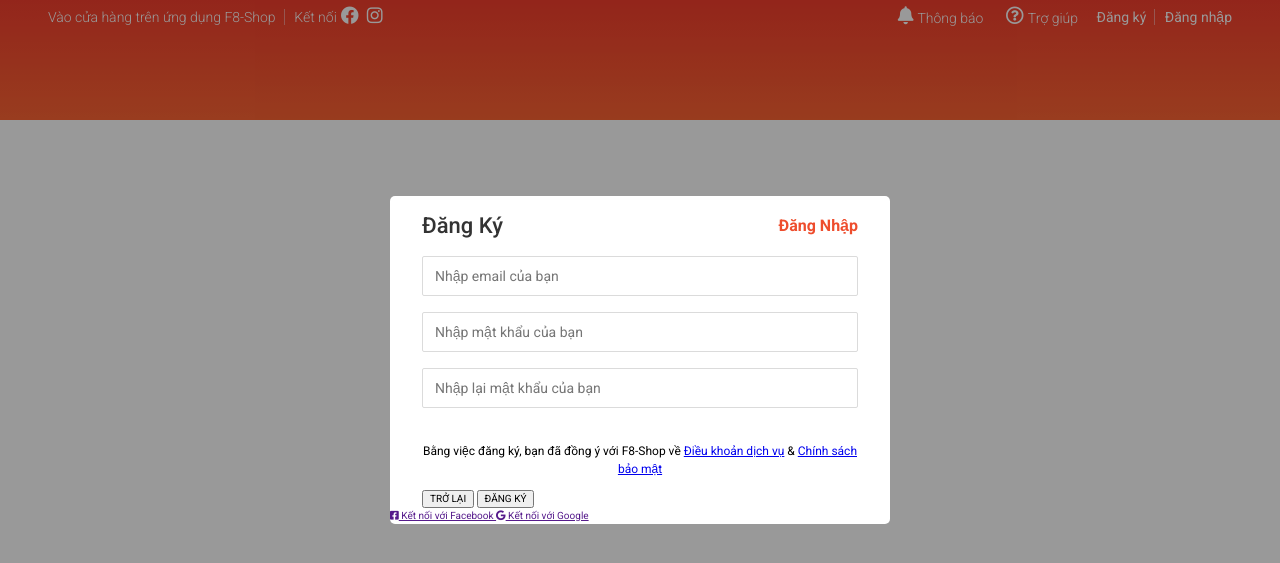
Repository: huynhnhan112/Shopee_Homepage
Page: index.html
The author's editor kept a copy of each file at every save. The page is drawn from the files as they stood at one save, then again after the next save.
The browser window is 1280 px wide. The pictures show the whole page.

Above is the page before, as saved 2021-11-19 14:27:05.

### index.html
<!DOCTYPE html>
<html lang="en">

<head>
    <meta charset="UTF-8">
    <meta http-equiv="X-UA-Compatible" content="IE=edge">
    <meta name="viewport" content="width=device-width, initial-scale=1.0">
    <link rel="stylesheet" href="https://cdnjs.cloudflare.com/ajax/libs/normalize/8.0.1/normalize.min.css"
        integrity="sha512-NhSC1YmyruXifcj/KFRWoC561YpHpc5Jtzgvbuzx5VozKpWvQ+4nXhPdFgmx8xqexRcpAglTj9sIBWINXa8x5w=="
        crossorigin="anonymous" referrerpolicy="no-referrer" />
    <link rel="preconnect" href="https://fonts.googleapis.com">
    <link rel="preconnect" href="https://fonts.gstatic.com" crossorigin>
    <link href="https://fonts.googleapis.com/css2?family=Roboto:wght@100;300;400;500;700&display=swap" rel="stylesheet">
    <link rel="stylesheet" href="./assets/fonts/fontawesome-free-5.15.4/fontawesome-free-5.15.4-web/css/all.min.css">
    <link rel="stylesheet" href="./assets/css/base.css">
    <link rel="stylesheet" href="./assets/css/style.css">
    <title>F8 - Shop</title>
</head>

<body>
    <div class="app">
        <header class="header">
            <div class="grid">
                <nav class="header__navbar">
                    <ul class="header__navbar-list">
                        <li class="header__navbar-item header__navbar-item--qr header__navbar-item--separate">Vào cửa
                            hàng trên ứng dụng F8-Shop
                            <div class="header__qr">
                                <img src="./assets/img/qr_code.png" alt="QR code" class="header__qr-img">
                                <div class="header__qr-apps">
                                    <a href="" class="header__qr-link">
                                        <img src="./assets/img/google_play.png" alt="Google Play"
                                            class="header__qr-download">
                                    </a>
                                    <a href="" class="header__qr-link">
                                        <img src="./assets/img/app_store.png" alt="App Store"
                                            class="header__qr-download">
                                    </a>
                                </div>
                            </div>
                        </li>
                        <li class="header__navbar-item">
                            <span class="header__navbar-title">Kết nối</span>
                            <a href="#" class="header__navbar-icon-link">
                                <i class="header__navbar-icon fab fa-facebook"></i>
                            </a>
                            <a href="#" class="header__navbar-icon-link">
                                <i class="header__navbar-icon fab fa-instagram"></i>
                            </a>
                        </li>
                    </ul>
                    <ul class="header__navbar-list">
                        <li class="header__navbar-item header__navbar-item--show-notify">
                            <a href="#" class="header__navbar-item-link">
                                <i class="header__navbar-icon fas fa-bell"></i>
                                Thông báo
                            </a>
                            <div class="header__notify">
                                <header class="header__notify-header">
                                    <h3>Thông Báo Mới Nhận</h3>
                                </header>
                                <ul class="header__notify-list">
                                    <li class="header__notify-item header__notify-item--viewed">
                                        <a href="" class="header__notify-link">
                                            <img src="https://img.abaha.vn/photos/origin/83-1586781803-myphamohui-lgvina.png"
                                                alt="" class="header__notify-img">
                                            <div class="header__notify-info">
                                                <span class="header__notify-name">Ohui chính thức ra mắt dòng son
                                                    lì mới The First Genture Lipstick</span>
                                                <span class="header__notify-description">Một lần môi căng mềm, quyến
                                                    rũ với sắc màu nổi bật luôn là điều mà các quý cô ao
                                                    ước</span>
                                            </div>
                                        </a>
                                    </li>
                                    <li class="header__notify-item header__notify-item--viewed">
                                        <a href="" class="header__notify-link">
                                            <img src="https://img.abaha.vn/photos/origin/83-1586781803-myphamohui-lgvina.png"
                                                alt="" class="header__notify-img">
                                            <div class="header__notify-info">
                                                <span class="header__notify-name">Xác thực chính hãng nguồn gốc
                                                    các sản phẩm Ohui</span>
                                                <span class="header__notify-description">HiddenTag là xác thực hàng
                                                    chính hãng bằng công nghệ tiên tiến nhất hiện nay</span>
                                            </div>
                                        </a>
                                    </li>
                                    <li class="header__notify-item">
                                        <a href="" class="header__notify-link">
                                            <img src="https://img.abaha.vn/photos/origin/83-1586781803-myphamohui-lgvina.png"
                                                alt="" class="header__notify-img">
                                            <div class="header__notify-info">
                                                <span class="header__notify-name">Sale sốc bộ dưỡng Ohui The First
                                                    tái tạo trả hóa da SALE OFF 70%</span>
                                                <span class="header__notify-description">Giá chỉ còn 375.000(giá
                                                    gốc 1.250.000 vnđ)</span>
                                            </div>
                                        </a>
                                    </li>
                                </ul>
                                <footer class="header__notify-footer">
                                    <a href="" class="header__notify-footer-btn">Xem tất cả</a>
                                </footer>
                            </div>
                        </li>
                        <li class="header__navbar-item">
                            <a href="#" class="header__navbar-item-link">
                                <i class="header__navbar-icon far fa-question-circle"></i>
                                Trợ giúp
                            </a>
                        </li>
                        <li class="header__navbar-item header__navbar-item--strong header__navbar-item--separate">Đăng
                            ký</li>
                        <li class="header__navbar-item header__navbar-item--strong">Đăng nhập</li>
                    </ul>
                </nav>
            </div>
        </header>

        <div class="container">

        </div>

        <footer class="footer">

        </footer>
    </div>

    <!-- Modal Layout -->
    <div class="modal">
        <div class="modal__overclay"></div>
        <div class="modal__body">

            <!-- Authen form -->
            <div class="auth-form">
                <div class="auth-form__container">
                    <div class="auth-form__header">
                        <h3 class="auth-form__heading">Đăng Ký</h3>
                        <span class="auth-form__switch-btn">Đăng Nhập</span>
                    </div>
                    <div class="auth-form__form">
                        <div class="auth-form__group">
                            <input type="text" class="auth-form__input" placeholder="Nhập email của bạn">
                        </div>
                        <div class="auth-form__group">
                            <input type="text" class="auth-form__input" placeholder="Nhập mật khẩu của bạn">
                        </div>
                        <div class="auth-form__group">
                            <input type="text" class="auth-form__input" placeholder="Nhập lại mật khẩu của bạn">
                        </div>
                    </div>
                    <div class="auth-form__aside">
                        <p>Bằng việc đăng ký, bạn đã đồng ý với F8-Shop về <a href="#">Điều khoản dịch
                                vụ</a> & <a href="#">Chính sách bảo mật</a></p>
                    </div>
                    <div class="auth-form__controls">
                        <button class="btn">TRỞ LẠI</button>
                        <button class="btn btn--primary">ĐĂNG KÝ</button>
                    </div>
                </div>
                <div class="auth-form__socials">
                    <a href="" class="btn btn--with--icon">
                        <i class="fab fa-facebook-square"></i>
                        Kết nối với Facebook
                    </a>
                    <a href="" class="btn btn--with--icon">
                        <i class="fab fa-google"></i>
                        Kết nối với Google
                    </a>
                </div>
            </div>
        </div>
    </div>
</body>

</html>

### assets/css/base.css
:root{
    --white-color: #fff;
    --black-color: #000;
    --text-color: #333;
    --primary-color: #ee4d2d;
    --border-color: #dbdbdb;
}

*{
    box-sizing: inherit;
}

html{
    font-size: 62.5%;
    line-height: 1.6rem;
    font-family: 'Roboto', sans-serif;
    box-sizing: border-box;
}

.grid{
    width: 1200px;
    max-width: 100%;
    margin: 0 auto;
}

.grid__full_width{
    width: 100%;
}

.gid__row{
    display: flex;
    flex-wrap: wrap;
}

@keyframes fadeIn {
    from{
        opacity: 0;
    }
    to{
        opacity: 1;
    }
}

/* Modal */
.modal{
    position: fixed;
    top: 0;
    left: 0;
    right: 0;
    bottom: 0;
    display: flex;
}

.modal__overclay{
    position: absolute;
    width: 100%;
    height: 100%;
    background-color: rgba(0,0,0,0.4);
}

.modal__body{
    position: relative;
    background-color: var(--white-color);
    margin: auto;
    z-index: 1;
    border-radius: 5px;
}

### assets/css/style.css
.header{
    height: 120px;
    background-image: linear-gradient(0, #fe6433, #f53e2d);
}

.header__navbar{
    display: flex;
    justify-content: space-between;
    min-height: 26px;
}

.header__navbar-list{
    list-style: none;
    padding-left: 0;
    margin-top: 4px;
}

.header__navbar-item{
    margin: 0 8px;
    position: relative;
    min-height: 26px;
}

.header__navbar-item,
.header__navbar-item-link{
    display: inline-block;
    font-size: 1.4rem;
    color: var(--white-color);
    text-decoration: none;
    font-weight: 300;
}

.header__navbar-item,
.header__navbar-item-link,
.header__navbar-icon-link{
    display: inline-flex;
    align-items: center;
}

.header__navbar-item:hover,
.header__navbar-item-link:hover,
.header__navbar-icon-link:hover{
    color: rgba(255,255,255, 0.7);
    cursor: pointer;
}

.header__navbar-item--strong{
    font-weight: 400;
}

.header__navbar-item--separate::after{
    content: '';
    display: block;
    position: absolute;
    border-left: 1px solid #FB9086;
    height: 16px;
    right: -9px;
    top: 50%;
    transform: translateY(-50%);
}

.header__navbar-icon-link{
    color: var(--white-color);
    text-decoration: none;
}

.header__navbar-icon{
    font-size: 1.8rem;
    margin: 0 4px 5px;
}

.header__navbar-title{
    cursor: text;
    color: var(--white-color);
}

/* Header QR Code */
.header__qr{
    background-color: var(--white-color);
    width: 186px;
    position: absolute;
    left: 0;
    top: 160%;
    padding: 8px;
    border-radius: 2px;
    display: none;
    animation: fadeIn ease-in-out 0.3s;
}

.header__qr::before{
    content: '';
    position: absolute;
    display: block;
    width: 100%;
    height: 20px;
    top: -16px;
    left: 0;
}

.header__navbar-item--qr:hover .header__qr{
    display: block;
}

.header__qr-img{
    width: 100%;
}

.header__qr-apps{
    display: flex;
    justify-content: space-between;
}

.header__qr-link:first-child{
    margin-left: 11px;
}

.header__qr-link:last-child{
    margin-right: 11px;
}

.header__qr-download{
    height: 15px;
}

/* Header Notifycation */
.header__notify{
    position: absolute;
    top: 150%;
    right: 0;
    width: 404px;
    border: 1px solid #d3d3d3;
    background-color: var(--white-color);
    cursor: default;
    transform-origin: calc(100% - 20px) top;
    animation: headerNotify ease-in-out 0.3s;
    will-change: opacity, transform;
    display: none;
}

.header__notify::before{
    content: '';
    border: 20px solid;
    border-color: transparent transparent var(--white-color) transparent;
    position: absolute;
    right: 10px;
    top: -29px;
}

.header__notify::after{
    content: '';
    display: block;
    width: 90px;
    height: 20px;
    position: absolute;
    right: 0;
    top: -15px;
}

@keyframes headerNotify {
    from{
        transform: scale(0);
        opacity: 0;
    }
    to{
        transform: scale(1);
        opacity: 1;
    }
}

.header__navbar-item--show-notify:hover .header__notify{
    display: block;
}

.header__notify-header{
    height: 40px;
    background-color: var(--white-color);
}

.header__notify-header h3{
    color: #999;
    margin: 0 0 0 12px;
    font-weight: 400;
    font-size: 1.5rem;
    line-height: 40px;
    user-select: none;
}

.header__notify-list{
    padding-left: 0;
}

.header__notify-item{
    display: flex;
}

.header__notify-item:hover{
    background-color: #f7f7f7;
}

.header__notify-item--viewed{
    background-color: rgba(238,75,43,0.08);
}

.header__notify-link{
    display: flex;
    width: 100%;
    padding: 12px;
    text-decoration: none;
}

.header__notify-img{
    width: 48px;
    object-fit: contain;
}

.header__notify-info{
    margin-left: 1.2rem;
    /* line-height: 2.4rem; */
}

.header__notify-name{
    display: block;
    font-size: 1.4rem;
    color: var(--text-color);
    font-weight: 500;
    line-height: 1.8rem;
}

.header__notify-description{
    display: block;
    font-size: 1.2rem;
    color: #756f6e;
    font-weight: 400;
    margin-top: 0.4rem;
}

.header__notify-footer{
    text-align: center;
}

.header__notify-footer-btn{
    text-decoration: none;
    color: var(--text-color);
    padding: 16px 0;
    width: 100%;
    display: block;
    font-weight: 500;
}

/* Authencation Form */
.auth-form{
    width: 500px;
}

.auth-form__container{
    margin: 0 32px;
}

.auth-form__header{
    display: flex;
    align-items: center;
    justify-content: space-between;
}

.auth-form__heading{
    font-size: 2.2rem;
    font-weight: 500;
    color: var(--text-color);
}

.auth-form__switch-btn{
    font-size: 1.6rem;
    color: var(--primary-color);
    font-weight: 600;
    cursor: pointer;
}

.auth-form__input{
    height: 4rem;
    width: 100%;
    margin-bottom: 1.6rem;
    padding: 0 1.2rem;
    font-size: 1.4rem;
    border: 1px solid var(--border-color);
    border-radius: 2px;
    outline: none;
}

.auth-form__input:focus{
    border-color: #888;
}

.auth-form__aside{
    margin-top: 1.8rem;
}

.auth-form__aside p{
    font-size: 1.2rem;
    line-height: 1.8rem;
    text-align: center;
}

Loaded but not shown: assets/fonts/fontawesome-free-5.15.4/fontawesome-free-5.15.4-web/css/all.min.css (library)

After the next save:
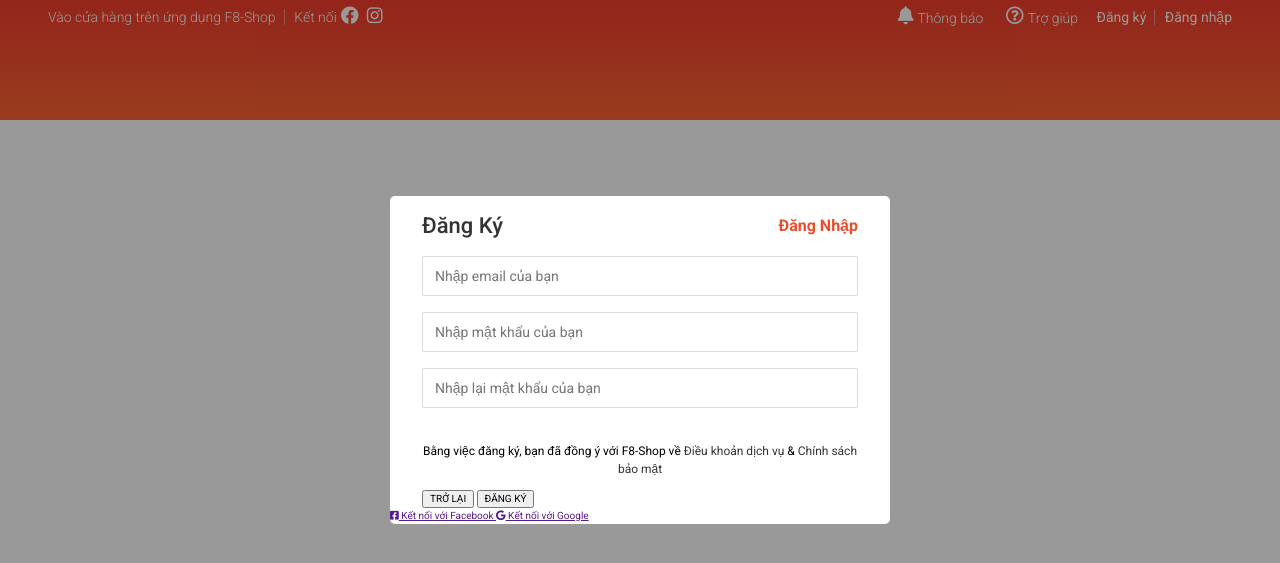
Saved 45 s later.
--- a/assets/css/style.css
+++ b/assets/css/style.css
@@ -299,3 +299,8 @@
     line-height: 1.8rem;
     text-align: center;
 }
+
+.auth-form__aside a{
+    text-decoration: none;
+    color: var(--text-color);
+}
